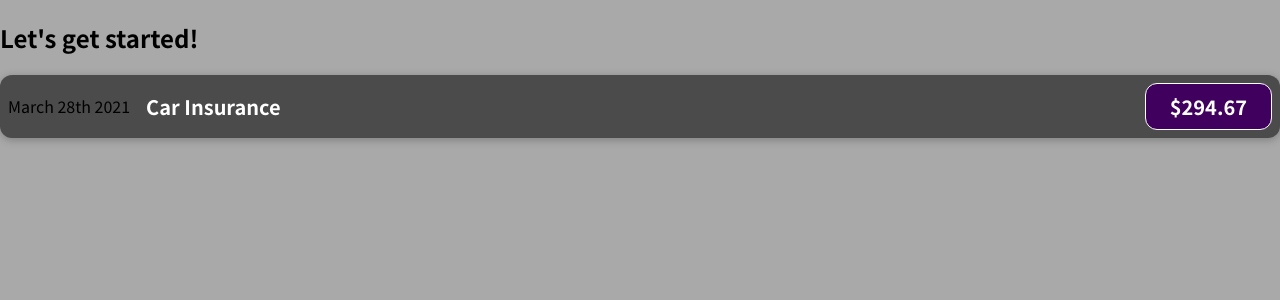
Repository: otvertka/MSC
Page: /
The author's editor kept a copy of each file at every save. The page is drawn from the files as they stood at one save, then again after a run of saves.
The browser window is 1280 px wide. The pictures show the whole page.
The project was rebuilt for these pictures with package versions that can differ from the ones it lists, and the page was loaded fresh each time.

Above is the page before, as saved 2023-06-17 13:01:32.

After the next 2 saves:
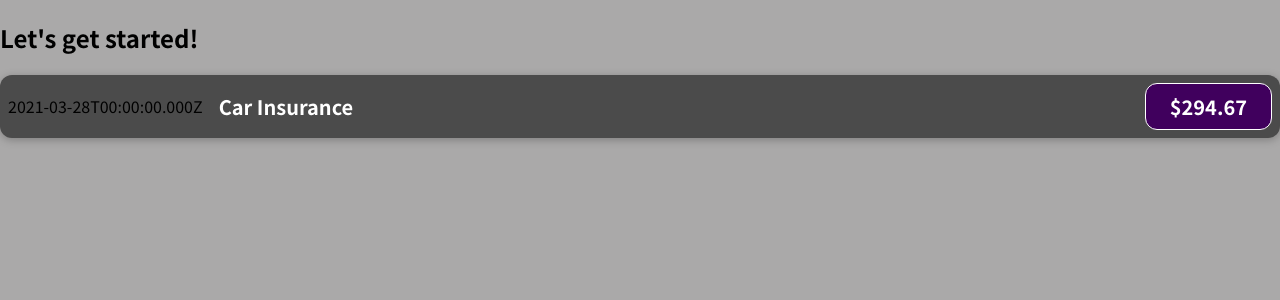
The 2 saves are shown as one change because 1 did not build or start.
The last was saved 2 min 15 s later.
--- a/src/components/ExpenseItem.js
+++ b/src/components/ExpenseItem.js
@@ -8,7 +8,7 @@ function ExpenseItem() {
   return (
     //
     <div className="expense-item">
-      <div>March 28th 2021</div>
+      <div>{expenseDate.toISOString()}</div>
       <div className="expense-item__description">
         <h2>{expenseTitle}</h2>
         <div className="expense-item__price">${expenseAmount}</div>
